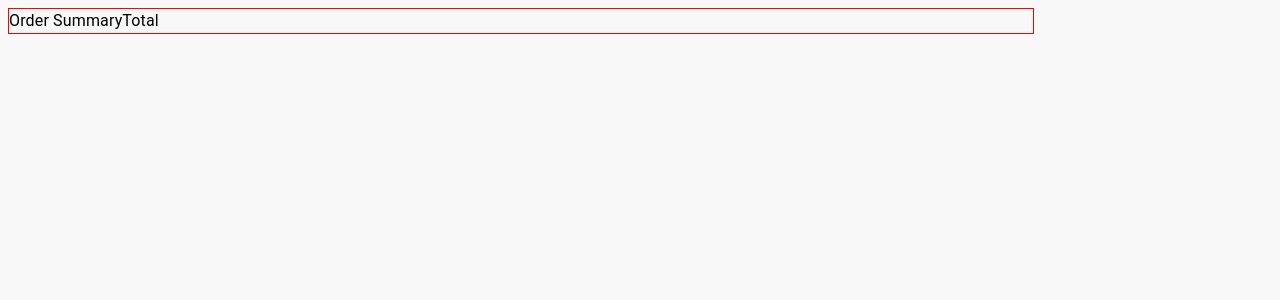
Repository: Armstrong2035/hng-project-two
Page: /checkout (app in timbu-store/)
The author's editor kept a copy of each file at every save. The page is drawn from the files as they stood at one save, then again after the next save.
The browser window is 1280 px wide. The pictures show the whole page.
The project was rebuilt for these pictures with package versions that can differ from the ones it lists, and the page was loaded fresh each time. The framework's server and built-in components were replaced by stand-ins that run in the browser. Also part of the build but not shown: timbu-store/next.config.mjs.

Above is the page before, as saved 2024-07-07 09:16:29.

After the next save:
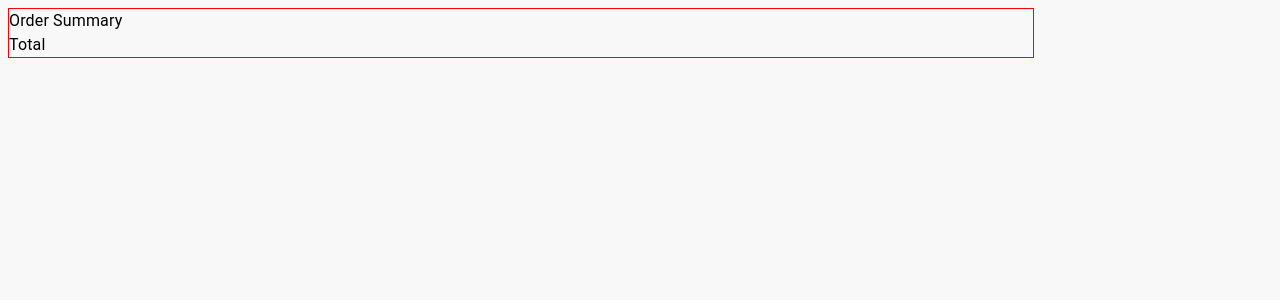
Saved 13 s later.
--- a/timbu-store/components/checkout/CheckOut.js
+++ b/timbu-store/components/checkout/CheckOut.js
@@ -13,9 +13,6 @@
         style={{
           width: "80vw",
           border: "1px solid red",
-          display: "flex",
-          flexDirection: "row",
-          alignContent: "space-between",
         }}
       >
         <Typography>Order Summary</Typography>

After the save that followed:
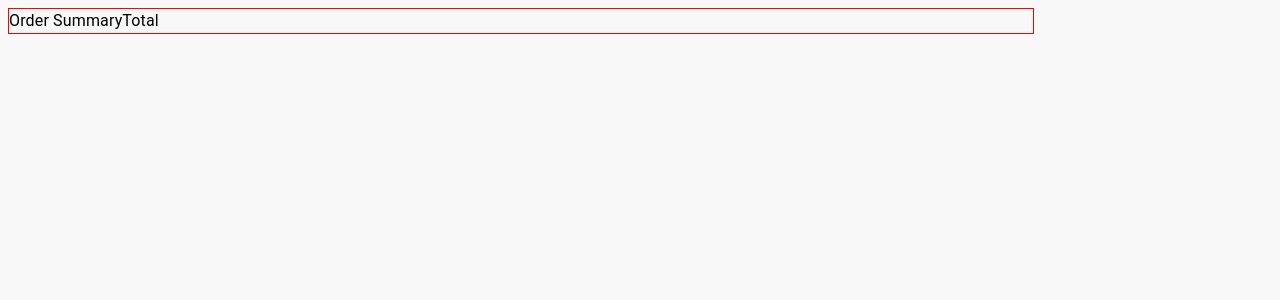
Saved 82 s later.
--- a/timbu-store/components/checkout/CheckOut.js
+++ b/timbu-store/components/checkout/CheckOut.js
@@ -13,6 +13,7 @@
         style={{
           width: "80vw",
           border: "1px solid red",
+          display: "flex",
         }}
       >
         <Typography>Order Summary</Typography>
